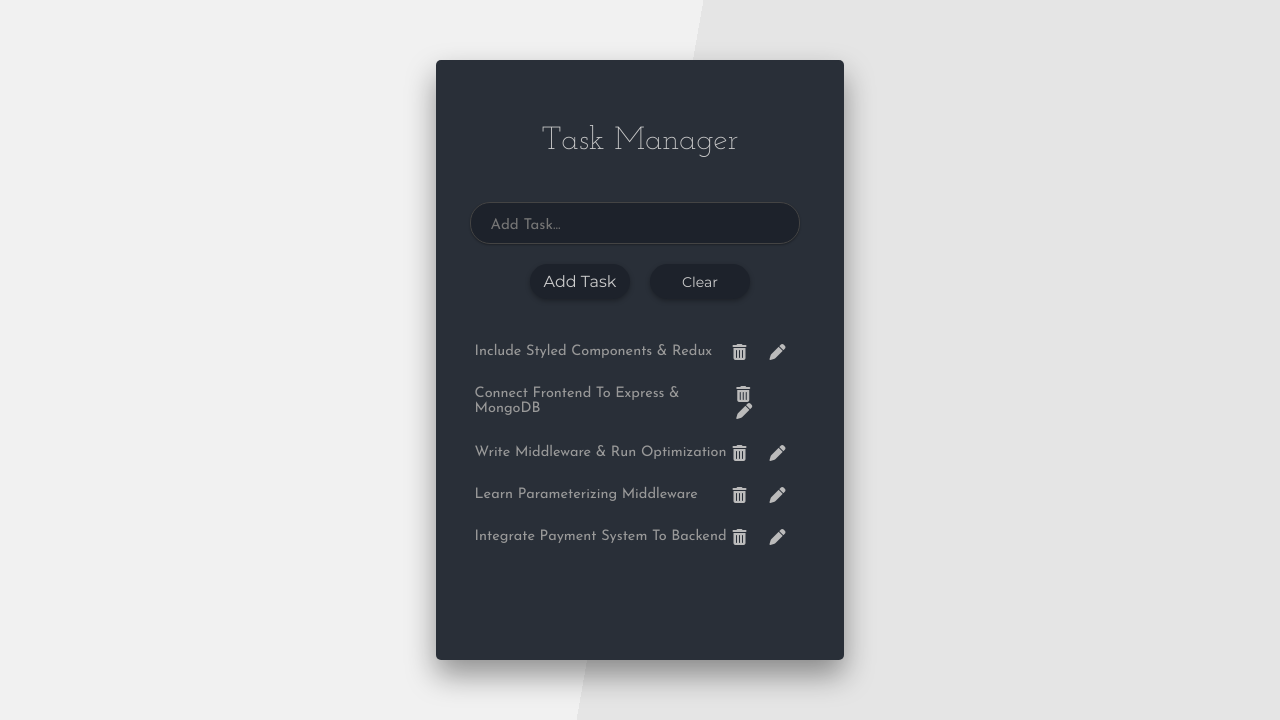
Repository: Kol124/react-task-manager
Page: /
The author's editor kept a copy of each file at every save. The page is drawn from the files as they stood at one save, then again after the next save.
The browser window is 1280 px wide. The pictures show the whole page.
Some web libraries are served in a nearby version. The project was rebuilt for these pictures with package versions that can differ from the ones it lists, and the page was loaded fresh each time.

Above is the page before, as saved 2021-06-22 20:46:51.

### public/index.html
<!DOCTYPE html>
<html lang="en">
  <head>
    <meta charset="utf-8" />
    <link rel="icon" href="%PUBLIC_URL%/favicon.ico" />
    <meta name="viewport" content="width=device-width, initial-scale=1" />
    <meta name="theme-color" content="#000000" />
    <meta
      name="description"
      content="Web site created using create-react-app"
    />
    <link rel="apple-touch-icon" href="%PUBLIC_URL%/logo192.png" />
    <!--
      manifest.json provides metadata used when your web app is installed on a
      user's mobile device or desktop. See https://developers.google.com/web/fundamentals/web-app-manifest/
    -->
    <link rel="manifest" href="%PUBLIC_URL%/manifest.json" />
    <!--
      Notice the use of %PUBLIC_URL% in the tags above.
      It will be replaced with the URL of the `public` folder during the build.
      Only files inside the `public` folder can be referenced from the HTML.

      Unlike "/favicon.ico" or "favicon.ico", "%PUBLIC_URL%/favicon.ico" will
      work correctly both with client-side routing and a non-root public URL.
      Learn how to configure a non-root public URL by running `npm run build`.
    -->
    <title>React App</title>
  </head>
  <body>
    <noscript>You need to enable JavaScript to run this app.</noscript>
    <div id="root"></div>
    <!--
      This HTML file is a template.
      If you open it directly in the browser, you will see an empty page.

      You can add webfonts, meta tags, or analytics to this file.
      The build step will place the bundled scripts into the <body> tag.

      To begin the development, run `npm start` or `yarn start`.
      To create a production bundle, use `npm run build` or `yarn build`.
    -->
  </body>
  <script
    src="https://kit.fontawesome.com/0a37ebcd2b.js"
    crossorigin="anonymous"
  ></script>
</html>

### src/App.js
import "./App.css";
import React from "react";
import Header from "./components/Header";
import TaskForm from "./components/TaskForm";
import TaskList from "./components/TaskList";
import TaskContextProvider from "./context/TaskContext";

function App() {
  return (
    <TaskContextProvider>
      <div className="container">
        <div className="app-wrapper">
          <Header />
          <div className="main">
            <TaskForm />
            <TaskList />
          </div>
        </div>
      </div>
    </TaskContextProvider>
  );
}

export default App;

### src/App.css
@import url("fonts.css");

* {
  margin: 0;
  padding: 0;
  box-sizing: inherit;
}

html {
  box-sizing: border-box;
  font-size: 62.5%;
}

.container {
  width: 100%;
  height: 100vh;
  display: flex;
  align-items: center;
  justify-content: center;
  background: linear-gradient(100deg, #f1f1f1 50%, #e5e5e5 0);
}

.app-wrapper {
  background-color: #292f38;
  max-width: 45rem;
  height: 600px;
  padding: 3rem;
  border-radius: 5px;
  box-shadow: 0 15px 30px rgba(0, 0, 0, 0.4);
}

.header .main-header {
  font-family: "Josefin Slab", serif;
  text-align: center;
  font-size: 3.2rem;
  color: #ccc;
  font-weight: 300;
  margin: 35px 20px 45px 20px;
}

.main {
  display: flex;
  flex-direction: column;
  align-items: space-between;
  margin-bottom: 5.5rem;
  width: 100%;
}

.form {
  display: flex;
  flex-direction: column;
  justify-content: center;
  align-items: center;
  margin-bottom: 15px;
}

.task-input {
  font-family: "Josefin Sans", serif;
  padding: 15px 10px 10px 20px;
  margin: 0 10px 10px 0;
  color: #ccc;
  width: 95%;
  outline: none;
  font-size: 15px;
  border-radius: 20px;
  border: 1px solid #444;
  background-color: #1d222b;
  box-shadow: 0 1px 2px rgba(0, 0, 0, 0.3);
}

@media only screen and (max-width: 460px) {
  html {
    font-size: 50%;
  }
}

.buttons {
  display: flex;
}

.btn {
  margin: 10px;
}

.add-task-btn {
  min-width: 100px;
  background-color: #1d222b;
  color: #ccc;
  border: none;
  font-family: "Montserrat", sans-serif;
  font-size: 1.6rem;
  border-radius: 20px;
  box-shadow: 0 2px 5px rgba(0, 0, 0, 0.3);
  outline: none;
  cursor: pointer;
}

.list {
  width: 95%;
  margin: auto;
  max-height: 300px;
  overflow: hidden;
  overflow-y: auto;
}

/* width */
::-webkit-scrollbar {
  width: 7px;
}

/* Track */
::-webkit-scrollbar-track {
  border-radius: 10px;
  background-color: #aaa;
}

/* Handle */
::-webkit-scrollbar-thumb {
  background: #444;
  border-radius: 10px;
}

.list-item {
  display: flex;
  justify-content: space-between;
  margin: 20px 0;
  padding-bottom: 5px;
}

.list-item span {
  font-family: "Josefin Sans", sans-serif;
  color: #999;
  font-size: 14.5px;
  text-transform: capitalize;
}

.task-btn {
  cursor: pointer;
  background-color: transparent;
  border: none;
  outline: none;
}

.btn-delete i {
  font-size: 16px;
  color: #bbb;
  margin-right: 20px;
}

.btn-edit i {
  font-size: 16px;
  color: #bbb;
  margin-right: 20px;
}

.clear-btn {
  width: 100px;
  height: 35px;
  background-color: #1d222b;
  color: #ccc;
  border: none;
  font-family: "Montserrat", sans-serif;
  font-size: 14px;
  border-radius: 20px;
  box-shadow: 0 2px 5px rgba(0, 0, 0, 0.3);
  outline: none;
  cursor: pointer;
}

.no-tasks {
  color: #777;
  text-align: center;
  font-family: "Montserrat", sans-serif;
  margin-top: 20px;
  font-size: 18px;
}

### src/components/Header.js
import React from "react";

const Header = () => {
  return (
    <div className="header">
      <h1 className="main-header">Task Manager</h1>
    </div>
  );
};

export default Header;

### src/components/TaskForm.js
import React, { useState, useContext, useEffect } from "react";
import { TaskContext } from "../context/TaskContext";

export default function TaskForm() {
  const { editItem, setEditItem, dispatch } = useContext(TaskContext);
  const [title, setTitle] = useState("");

  const handleSubmit = (e) => {
    e.preventDefault();
    if (editItem !== null) {
      dispatch({
        type: "EDIT_TASK",
        task: {
          title,
          id: editItem.id,
        },
      });
      setEditItem(null);
    } else {
      dispatch({
        type: "ADD_TASK",
        task: {
          title,
        },
      });
    }

    setTitle("");
  };

  useEffect(() => {
    if (editItem !== null) {
      setTitle(editItem.title);
      console.log(editItem);
    } else {
      setTitle("");
    }
  }, [editItem]);

  return (
    <form onSubmit={handleSubmit} className="form">
      <input
        type="text"
        placeholder="Add Task..."
        value={title}
        onChange={(e) => setTitle(e.target.value)}
        required
        className="task-input"
      />
      <div className="buttons">
        <button type="submit" className="btn add-task-btn">
          {editItem ? "Edit Task" : "Add Task"}
        </button>
        <button
          className="btn clear-btn"
          onClick={() => dispatch({ type: "CLEAR_TASK" })}
        >
          Clear
        </button>
      </div>
    </form>
  );
}

### src/components/TaskList.js
import React, { useContext } from "react";
import { TaskContext } from "../context/TaskContext";
import Task from "./Task";

export default function TaskList() {
  const { tasks } = useContext(TaskContext);

  return (
    <div>
      {tasks.length ? (
        <ul className="list">
          {tasks.map((task) => {
            return <Task task={task} key={task.id} />;
          })}
        </ul>
      ) : (
        <div className="no-tasks">No Tasks</div>
      )}
    </div>
  );
}

### src/context/TaskContext.js
import React, { createContext, useState, useReducer, useEffect } from "react";
import TaskReducer from "../reducer/TaskReducer";

export const TaskContext = createContext();

export default function TaskContextProvider(props) {
  const [tasks, dispatch] = useReducer(TaskReducer, [
    { title: "Include styled components & redux", id: 1 },
    { title: "Connect frontend to express & mongoDB", id: 2 },
    { title: "Write middleware & run optimization", id: 3 },
    { title: "Learn parameterizing middleware", id: 4 },
    { title: "Integrate payment system to backend", id: 5 },
  ]);
  const [editItem, setEditItem] = useState(null);

  const findItem = (id) => {
    const item = tasks.find((task) => task.id === id);
    setEditItem(item);
  };

  useEffect(() => {
    console.log(tasks);
  });

  return (
    <TaskContext.Provider
      value={{ tasks, editItem, setEditItem, findItem, dispatch }}
    >
      {props.children}
    </TaskContext.Provider>
  );
}

### src/fonts.css
/* josefin-sans-300 - latin */
@font-face {
  font-family: "Josefin Sans";
  font-style: normal;
  font-weight: 300;
  src: url("./fonts/josefin-sans-v17-latin-300.eot"); /* IE9 Compat Modes */
  src: local(""),
    url("./fonts/josefin-sans-v17-latin-300.eot?#iefix")
      format("embedded-opentype"),
    /* IE6-IE8 */ url("./fonts/josefin-sans-v17-latin-300.woff2")
      format("woff2"),
    /* Super Modern Browsers */ url("./fonts/josefin-sans-v17-latin-300.woff")
      format("woff"),
    /* Modern Browsers */ url("./fonts/josefin-sans-v17-latin-300.ttf")
      format("truetype"),
    /* Safari, Android, iOS */
      url("./fonts/josefin-sans-v17-latin-300.svg#JosefinSans") format("svg"); /* Legacy iOS */
}
/* josefin-sans-regular - latin */
@font-face {
  font-family: "Josefin Sans";
  font-style: normal;
  font-weight: 400;
  src: url("./fonts/josefin-sans-v17-latin-regular.eot"); /* IE9 Compat Modes */
  src: local(""),
    url("./fonts/josefin-sans-v17-latin-regular.eot?#iefix")
      format("embedded-opentype"),
    /* IE6-IE8 */ url("./fonts/josefin-sans-v17-latin-regular.woff2")
      format("woff2"),
    /* Super Modern Browsers */
      url("./fonts/josefin-sans-v17-latin-regular.woff") format("woff"),
    /* Modern Browsers */ url("./fonts/josefin-sans-v17-latin-regular.ttf")
      format("truetype"),
    /* Safari, Android, iOS */
      url("./fonts/josefin-sans-v17-latin-regular.svg#JosefinSans")
      format("svg"); /* Legacy iOS */
}
/* josefin-sans-600 - latin */
@font-face {
  font-family: "Josefin Sans";
  font-style: normal;
  font-weight: 600;
  src: url("./fonts/josefin-sans-v17-latin-600.eot"); /* IE9 Compat Modes */
  src: local(""),
    url("./fonts/josefin-sans-v17-latin-600.eot?#iefix")
      format("embedded-opentype"),
    /* IE6-IE8 */ url("./fonts/josefin-sans-v17-latin-600.woff2")
      format("woff2"),
    /* Super Modern Browsers */ url("./fonts/josefin-sans-v17-latin-600.woff")
      format("woff"),
    /* Modern Browsers */ url("./fonts/josefin-sans-v17-latin-600.ttf")
      format("truetype"),
    /* Safari, Android, iOS */
      url("./fonts/josefin-sans-v17-latin-600.svg#JosefinSans") format("svg"); /* Legacy iOS */
}
/* josefin-sans-700 - latin */
@font-face {
  font-family: "Josefin Sans";
  font-style: normal;
  font-weight: 700;
  src: url("./fonts/josefin-sans-v17-latin-700.eot"); /* IE9 Compat Modes */
  src: local(""),
    url("./fonts/josefin-sans-v17-latin-700.eot?#iefix")
      format("embedded-opentype"),
    /* IE6-IE8 */ url("./fonts/josefin-sans-v17-latin-700.woff2")
      format("woff2"),
    /* Super Modern Browsers */ url("./fonts/josefin-sans-v17-latin-700.woff")
      format("woff"),
    /* Modern Browsers */ url("./fonts/josefin-sans-v17-latin-700.ttf")
      format("truetype"),
    /* Safari, Android, iOS */
      url("./fonts/josefin-sans-v17-latin-700.svg#JosefinSans") format("svg"); /* Legacy iOS */
}

/* josefin-slab-300 - latin */
@font-face {
  font-family: "Josefin Slab";
  font-style: normal;
  font-weight: 300;
  src: url("./fonts/josefin-slab-v13-latin-300.eot"); /* IE9 Compat Modes */
  src: local(""),
    url("./fonts/josefin-slab-v13-latin-300.eot?#iefix")
      format("embedded-opentype"),
    /* IE6-IE8 */ url("./fonts/josefin-slab-v13-latin-300.woff2")
      format("woff2"),
    /* Super Modern Browsers */ url("./fonts/josefin-slab-v13-latin-300.woff")
      format("woff"),
    /* Modern Browsers */ url("./fonts/josefin-slab-v13-latin-300.ttf")
      format("truetype"),
    /* Safari, Android, iOS */
      url("./fonts/josefin-slab-v13-latin-300.svg#JosefinSlab") format("svg"); /* Legacy iOS */
}
/* josefin-slab-regular - latin */
@font-face {
  font-family: "Josefin Slab";
  font-style: normal;
  font-weight: 400;
  src: url("./fonts/josefin-slab-v13-latin-regular.eot"); /* IE9 Compat Modes */
  src: local(""),
    url("./fonts/josefin-slab-v13-latin-regular.eot?#iefix")
      format("embedded-opentype"),
    /* IE6-IE8 */ url("./fonts/josefin-slab-v13-latin-regular.woff2")
      format("woff2"),
    /* Super Modern Browsers */
      url("./fonts/josefin-slab-v13-latin-regular.woff") format("woff"),
    /* Modern Browsers */ url("./fonts/josefin-slab-v13-latin-regular.ttf")
      format("truetype"),
    /* Safari, Android, iOS */
      url("./fonts/josefin-slab-v13-latin-regular.svg#JosefinSlab")
      format("svg"); /* Legacy iOS */
}
/* josefin-slab-600 - latin */
@font-face {
  font-family: "Josefin Slab";
  font-style: normal;
  font-weight: 600;
  src: url("./fonts/josefin-slab-v13-latin-600.eot"); /* IE9 Compat Modes */
  src: local(""),
    url("./fonts/josefin-slab-v13-latin-600.eot?#iefix")
      format("embedded-opentype"),
    /* IE6-IE8 */ url("./fonts/josefin-slab-v13-latin-600.woff2")
      format("woff2"),
    /* Super Modern Browsers */ url("./fonts/josefin-slab-v13-latin-600.woff")
      format("woff"),
    /* Modern Browsers */ url("./fonts/josefin-slab-v13-latin-600.ttf")
      format("truetype"),
    /* Safari, Android, iOS */
      url("./fonts/josefin-slab-v13-latin-600.svg#JosefinSlab") format("svg"); /* Legacy iOS */
}
/* josefin-slab-700 - latin */
@font-face {
  font-family: "Josefin Slab";
  font-style: normal;
  font-weight: 700;
  src: url("./fonts/josefin-slab-v13-latin-700.eot"); /* IE9 Compat Modes */
  src: local(""),
    url("./fonts/josefin-slab-v13-latin-700.eot?#iefix")
      format("embedded-opentype"),
    /* IE6-IE8 */ url("./fonts/josefin-slab-v13-latin-700.woff2")
      format("woff2"),
    /* Super Modern Browsers */ url("./fonts/josefin-slab-v13-latin-700.woff")
      format("woff"),
    /* Modern Browsers */ url("./fonts/josefin-slab-v13-latin-700.ttf")
      format("truetype"),
    /* Safari, Android, iOS */
      url("./fonts/josefin-slab-v13-latin-700.svg#JosefinSlab") format("svg"); /* Legacy iOS */
}

/* montserrat-300 - latin */
@font-face {
  font-family: "Montserrat";
  font-style: normal;
  font-weight: 300;
  src: url("./fonts/montserrat-v15-latin-300.eot"); /* IE9 Compat Modes */
  src: local(""),
    url("./fonts/montserrat-v15-latin-300.eot?#iefix")
      format("embedded-opentype"),
    /* IE6-IE8 */ url("./fonts/montserrat-v15-latin-300.woff2") format("woff2"),
    /* Super Modern Browsers */ url("./fonts/montserrat-v15-latin-300.woff")
      format("woff"),
    /* Modern Browsers */ url("./fonts/montserrat-v15-latin-300.ttf")
      format("truetype"),
    /* Safari, Android, iOS */
      url("./fonts/montserrat-v15-latin-300.svg#Montserrat") format("svg"); /* Legacy iOS */
}
/* montserrat-regular - latin */
@font-face {
  font-family: "Montserrat";
  font-style: normal;
  font-weight: 400;
  src: url("./fonts/montserrat-v15-latin-regular.eot"); /* IE9 Compat Modes */
  src: local(""),
    url("./fonts/montserrat-v15-latin-regular.eot?#iefix")
      format("embedded-opentype"),
    /* IE6-IE8 */ url("./fonts/montserrat-v15-latin-regular.woff2")
      format("woff2"),
    /* Super Modern Browsers */ url("./fonts/montserrat-v15-latin-regular.woff")
      format("woff"),
    /* Modern Browsers */ url("./fonts/montserrat-v15-latin-regular.ttf")
      format("truetype"),
    /* Safari, Android, iOS */
      url("./fonts/montserrat-v15-latin-regular.svg#Montserrat") format("svg"); /* Legacy iOS */
}
/* montserrat-500 - latin */
@font-face {
  font-family: "Montserrat";
  font-style: normal;
  font-weight: 500;
  src: url("./fonts/montserrat-v15-latin-500.eot"); /* IE9 Compat Modes */
  src: local(""),
    url("./fonts/montserrat-v15-latin-500.eot?#iefix")
      format("embedded-opentype"),
    /* IE6-IE8 */ url("./fonts/montserrat-v15-latin-500.woff2") format("woff2"),
    /* Super Modern Browsers */ url("./fonts/montserrat-v15-latin-500.woff")
      format("woff"),
    /* Modern Browsers */ url("./fonts/montserrat-v15-latin-500.ttf")
      format("truetype"),
    /* Safari, Android, iOS */
      url("./fonts/montserrat-v15-latin-500.svg#Montserrat") format("svg"); /* Legacy iOS */
}

### src/components/Task.js
import React, { useContext } from "react";
import { TaskContext } from "../context/TaskContext";

export default function Task({ task }) {
  const { findItem, dispatch } = useContext(TaskContext);

  return (
    <li className="list-item">
      <span>{task.title}</span>
      <div>
        <button
          className="btn-delete task-btn"
          onClick={() =>
            dispatch({ type: "REMOVE_TASK", task: { id: task.id } })
          }
        >
          <i className="fas fa-trash-alt"></i>
        </button>{" "}
        <button className="btn-edit task-btn" onClick={() => findItem(task.id)}>
          <i className="fas fa-pen"></i>
        </button>
      </div>
    </li>
  );
}

### src/reducer/TaskReducer.js
export default function TaskReducer(tasks, action) {
  switch (action.type) {
    case "ADD_TASK":
      return [
        ...tasks,
        {
          title: action.task.title,
          id: Math.random().toString(),
        },
      ];

    case "REMOVE_TASK":
      return tasks.filter((task) => task.id !== action.task.id);

    case "EDIT_TASK":
      return tasks.map((task) =>
        task.id === action.task.id
          ? { title: action.task.title, id: action.task.id }
          : task
      );

    case "CLEAR_TASK":
      return [];

    default:
      return tasks;
  }
}

Loaded but not shown: src/index.js (common file); src/index.css (common file); src/reportWebVitals.js (common file)

After the next save:
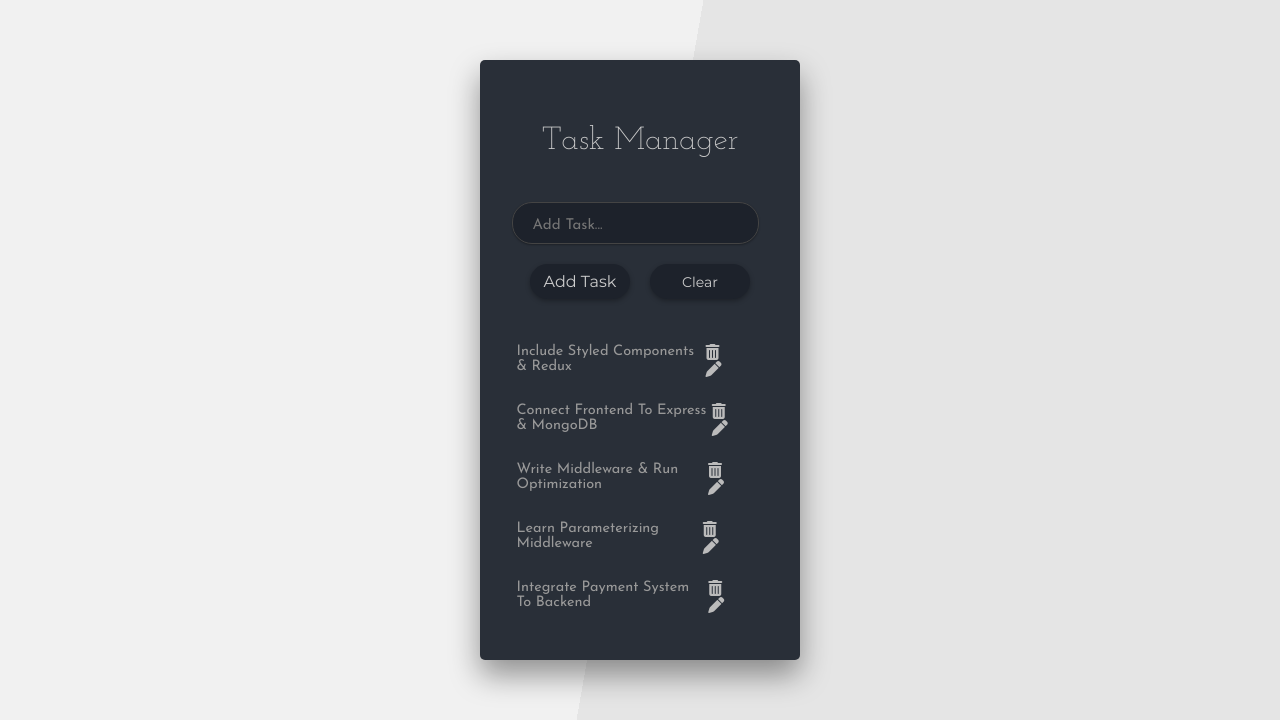
Saved 15 h 54 min later.
--- a/src/App.css
+++ b/src/App.css
@@ -22,7 +22,7 @@
 
 .app-wrapper {
   background-color: #292f38;
-  max-width: 45rem;
+  max-width: 25%;
   height: 600px;
   padding: 3rem;
   border-radius: 5px;

After the 2 saves that followed:
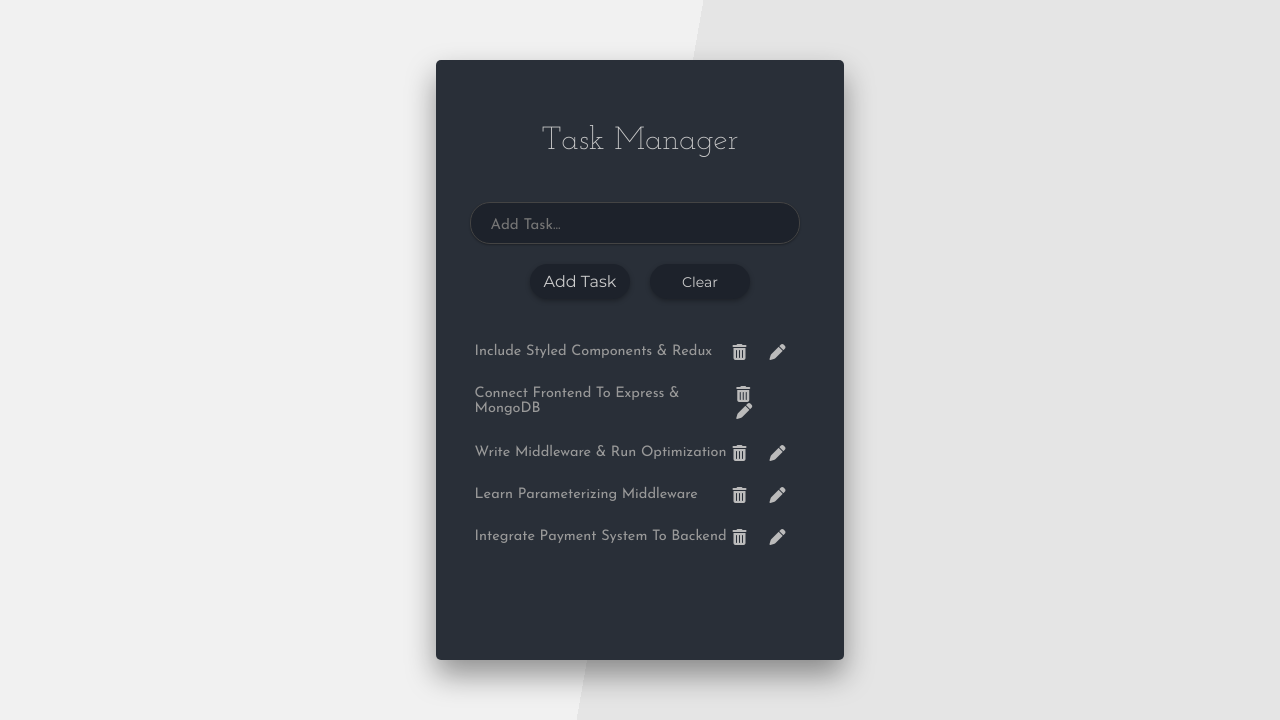
The 2 saves are shown as one change because 1 left the picture as it was.
The last was saved 28 s later.
--- a/src/App.css
+++ b/src/App.css
@@ -22,7 +22,7 @@
 
 .app-wrapper {
   background-color: #292f38;
-  max-width: 25%;
+  max-width: 46rem;
   height: 600px;
   padding: 3rem;
   border-radius: 5px;
